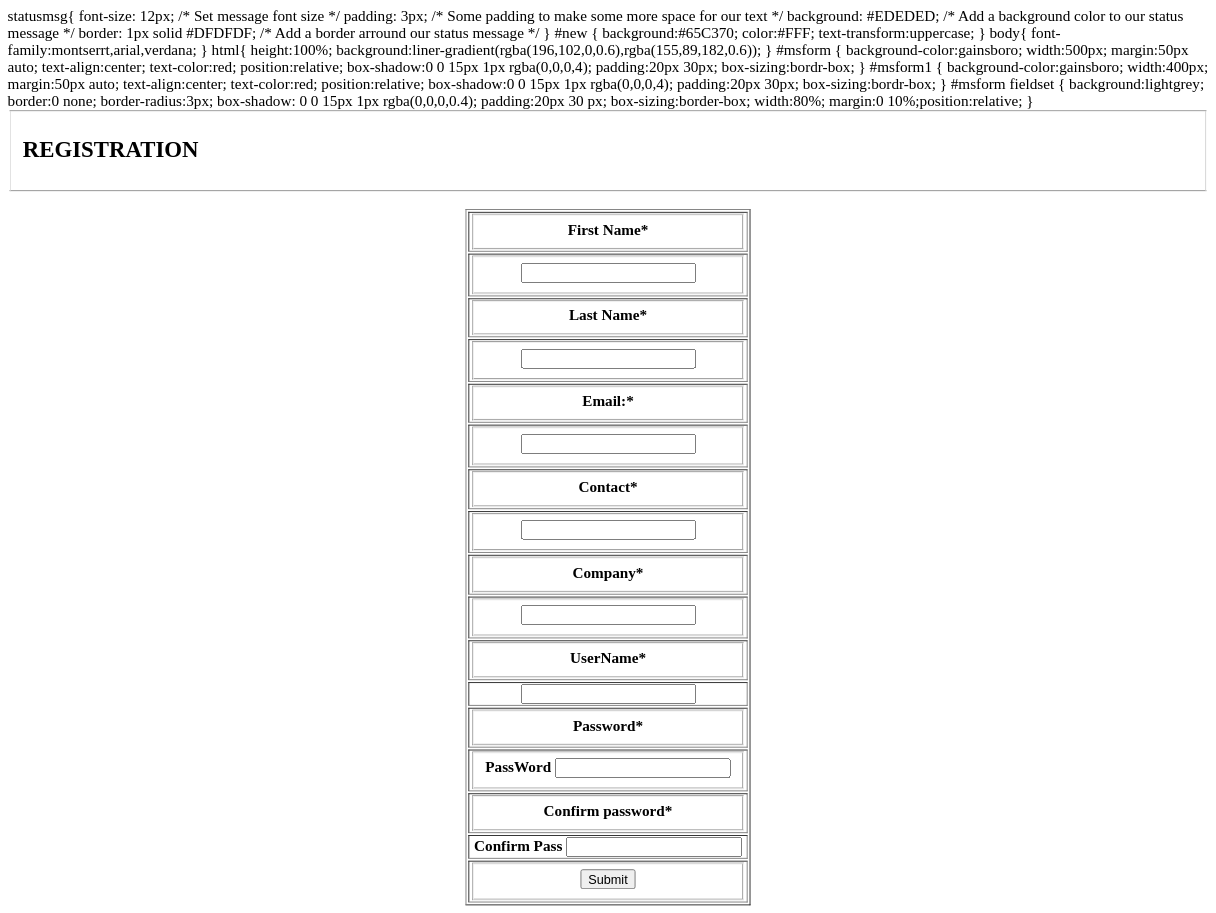
Repository: rekhaahir/mynewRepository
Page: http://localhost/SpringMvc/WEB-INF/jsp/Register.jsp
The author's editor kept a copy of each file at every save. The page is drawn from the files as they stood at one save, then again after the next save.
The browser window is 1280 px wide. The pictures show the whole page, at 95% of full size.
The page is served by Tomcat 9. Nobody is signed in. Other server files are loaded and not shown. The template is opened directly, without the code that normally fills it, so the values that code supplies are empty.

Above is the page before, as saved 2019-06-25 05:04:03.

### SpringMvc/src/main/webapp/WEB-INF/jsp/Register.jsp
<%@ page language="java" contentType="text/html; charset=UTF-8"
    pageEncoding="UTF-8"%>
<%@ taglib uri="http://www.springframework.org/tags/form" prefix="form"%>
<%@ taglib uri="http://java.sun.com/jsp/jstl/core" prefix="c"%>
<!DOCTYPE html>
<html>
<head>
<meta charset="UTF-8">
<!-- <link rel="stylesheet" type="text/css"  href="jsp/sty.css" media="all" /> -->
statusmsg{
    font-size: 12px; /* Set message font size  */
    padding: 3px; /* Some padding to make some more space for our text  */
    background: #EDEDED; /* Add a background color to our status message   */
    border: 1px solid #DFDFDF; /* Add a border arround our status message   */
}
#new
{
background:#65C370;
color:#FFF;
text-transform:uppercase;
}

body{


font-family:montserrt,arial,verdana;
}
html{

height:100%;
background:liner-gradient(rgba(196,102,0,0.6),rgba(155,89,182,0.6));
}

#msform
{
background-color:gainsboro;
width:500px;
margin:50px auto;
text-align:center;
text-color:red;
position:relative;
box-shadow:0 0 15px 1px rgba(0,0,0,4);
padding:20px 30px;
box-sizing:bordr-box;

}
#msform1
{

background-color:gainsboro;
width:400px;
margin:50px auto;
text-align:center;
text-color:red;
position:relative;
box-shadow:0 0 15px 1px rgba(0,0,0,4);
padding:20px 30px;
box-sizing:bordr-box;

}

#msform fieldset
{

background:lightgrey;
border:0 none;
border-radius:3px;
box-shadow: 0 0 15px 1px rgba(0,0,0,0.4);
padding:20px 30 px;
box-sizing:border-box;
width:80%;
margin:0 10%;position:relative;
}





</head>
<body>
 <form:form  id="msform" action="submitForm"  modelAttribute="save" method="post">
	  <table align="center" id="msform1" border="1px solid black" >
<fieldset><h2>REGISTRATION</h2></fieldset>
	 <tr><th>
<fieldset>
	 First Name*
	  </th></tr>
	<tr><th><fieldset>
	 <form:input path="first_name" />
	  </th></tr>
<tr><th><fieldset>
	  Last Name*
	  </th></tr><tr><th><fieldset>
	  <form:input path="last_name" />
	  </th></tr>

	<tr><th><fieldset>
	 Email:*
	  </th></tr><tr><th><fieldset>
	 <form:input type="email" path="email" />
	</th></tr>

	  &nbsp
	  &nbsp
<tr><th><fieldset>
	  	 Contact*
	  </th></tr><tr><th><fieldset>
 <form:input path="contact" />
	</th></tr>
<tr><th><fieldset>
	 Company*
	  </th></tr><tr><th><fieldset>
	  <form:input path="company" />

	</th></tr>
<tr><th><fieldset>
	  UserName*
	  </th></tr><tr><th>
	   <form:input path="userName" />
	</th></tr>
          &nbsp
	  &nbsp
<tr><th><fieldset>
	  Password*
	  </th></tr><tr><th><fieldset>
	   PassWord <form:input type="password" path="passWord" />
	</th></tr>

<tr><th><fieldset>
	 Confirm password*
	  </th></tr><tr><th>
	  Confirm Pass <form:input type="password" path="cPass" />
	</th></tr>


	  <tr>
	  <th ><fieldset>
	     <input type="submit" value="Submit" /> </th></tr>

</table>


<%--    <form:form action="submitForm"  modelAttribute="save" method="post">   --%>
<%--         First name: <form:input path="first_name" />          --%>
<!--         <br><br>   -->
<%--         Last name: <form:input path="last_name" />   --%>
<!--         <br><br>  -->
<%--          Email: <form:input type="email" path="email" />          --%>
<!--         <br><br>  -->
<%--          Contact <form:input path="contact" />          --%>
<!--         <br><br>  -->
<%--          Company <form:input path="company" />          --%>
<!--         <br><br>  -->
<%--          UserName <form:input path="userName" />          --%>
<!--         <br><br>  -->
<%--          PassWord <form:input type="password" path="passWord" />          --%>
<!--         <br><br>  -->
<%--         Confirm Pass <form:input type="password" path="cPass" />          --%>
<!--         <br><br>  -->

<!--         <input type="submit" value="Submit" />       -->
    </form:form>
</body>
</html>

After the next save:
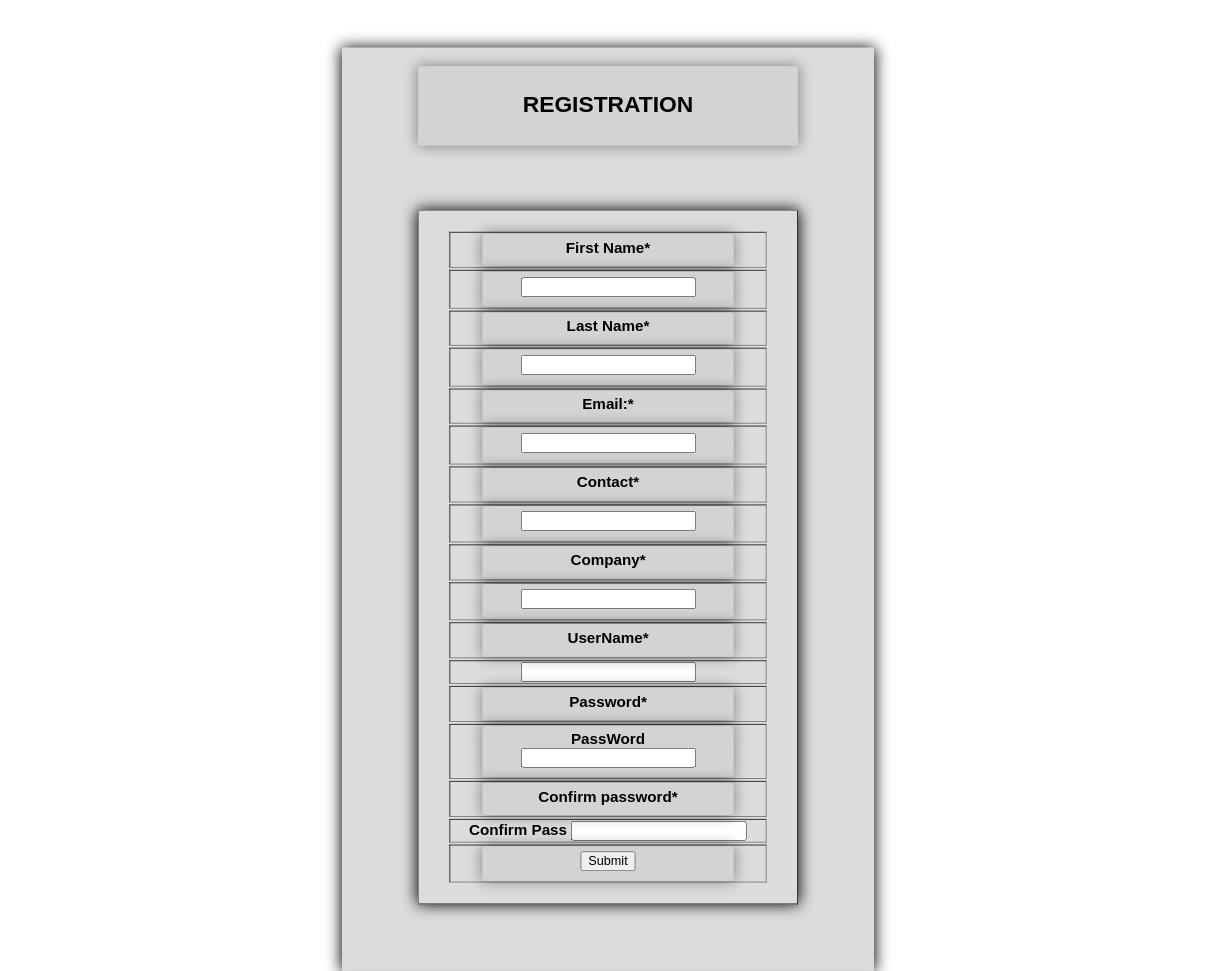
Saved 61 s later.
--- a/SpringMvc/src/main/webapp/WEB-INF/jsp/Register.jsp
+++ b/SpringMvc/src/main/webapp/WEB-INF/jsp/Register.jsp
@@ -7,6 +7,7 @@
 <head>
 <meta charset="UTF-8">
 <!-- <link rel="stylesheet" type="text/css"  href="jsp/sty.css" media="all" /> -->
+<style type="text/css">
 statusmsg{
     font-size: 12px; /* Set message font size  */
     padding: 3px; /* Some padding to make some more space for our text  */
@@ -73,7 +74,7 @@ margin:0 10%;position:relative;
 }
 
 
-
+  </style>
 
 
 </head>
